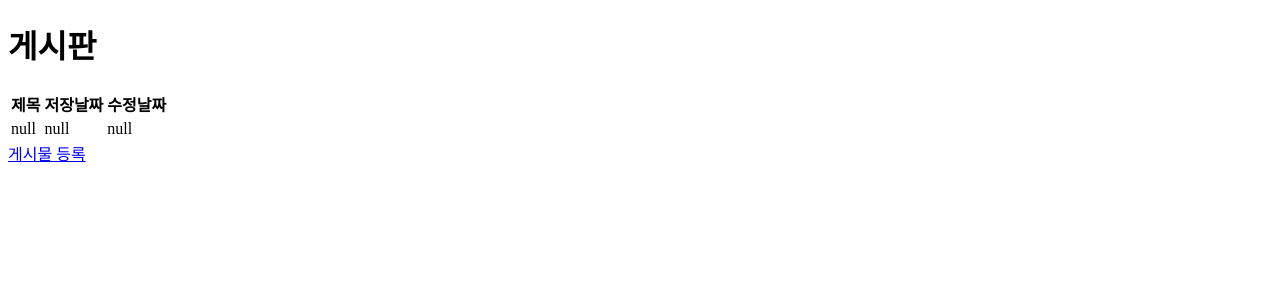
Repository: sandartchip/Board_v01
Page: http://localhost/firstjsp/list.jsp
An editor plug-in stored every save of this project. The page is shown before and after the next save, followed by the edit.
The browser window is 1280 px wide. The pictures show the whole page.
The page is served by Tomcat 9.

Above is the page before, as saved 2019-03-18 07:53:40.

After the next save:
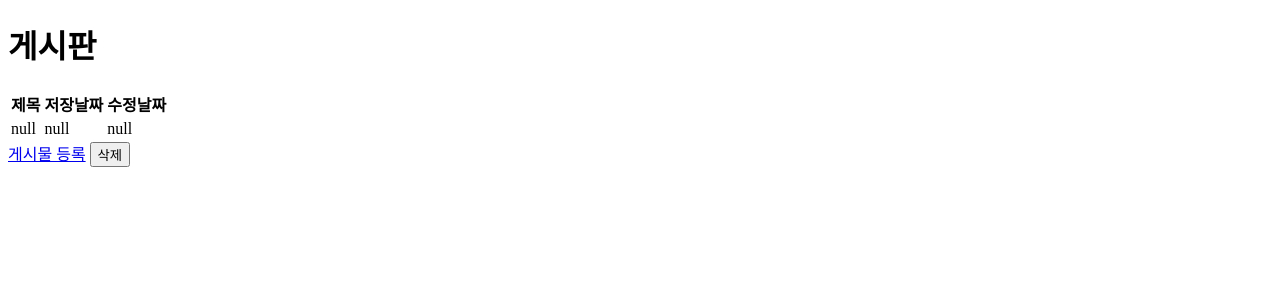
Saved 3 min 13 s later.
--- a/Board_v01/firstjsp/WebContent/list.jsp
+++ b/Board_v01/firstjsp/WebContent/list.jsp
@@ -27,5 +27,6 @@
 		</tr>
 	</table>
 	<a href="write.jsp">게시물 등록</a>
+	<button ">삭제</button>
 </body>
 </html>
